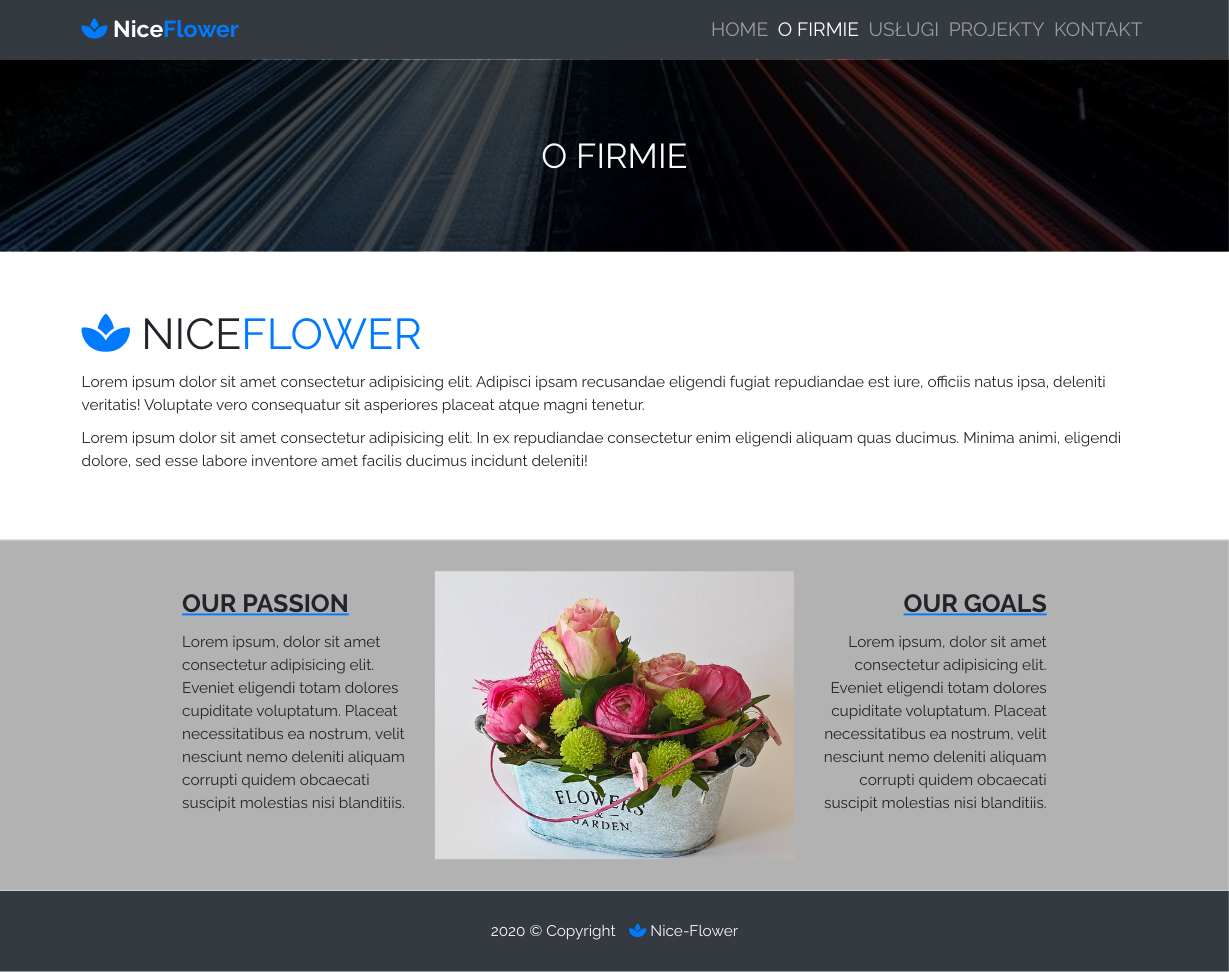
Repository: KrzysKolo/Projekt-13_Kwiaciarnia
Page: abouteus.html
An editor plug-in stored every save of this project. The page is shown before and after the next save, followed by the edit.
The browser window is 1280 px wide. The pictures show the whole page, at 96% of full size.
Some web libraries are served in a nearby version.

Above is the page before, as saved 2020-08-10 09:59:27.

### abouteus.html
<!DOCTYPE html>
<html lang="pl">
  <head>
    <meta charset="UTF-8" />
    <meta name="viewport" content="width=device-width, initial-scale=1.0" />
    <title>Nice-Flower</title>
    <script
      src="https://kit.fontawesome.com/21efeaf281.js"
      crossorigin="anonymous"
    ></script>

    <link
      rel="stylesheet"
      href="https://stackpath.bootstrapcdn.com/bootstrap/4.5.0/css/bootstrap.min.css"
      integrity="sha384-9aIt2nRpC12Uk9gS9baDl411NQApFmC26EwAOH8WgZl5MYYxFfc+NcPb1dKGj7Sk"
      crossorigin="anonymous"
    />
    <link
      href="https://fonts.googleapis.com/css2?family=Raleway:wght@400;700&display=swap"
      rel="stylesheet"
    />
    <link rel="stylesheet" href="style.css" />
  </head>
  <body>
    <nav class="navbar navbar-expand-lg navbar-dark bg-dark py-3">
      <div class="container">
        <a class="navbar-brand" href="#"
          ><i class="fas fa-spa text-primary"></i> Nice<span
            class="text-primary"
            >Flower</span
          ></a
        >
        <button
          class="navbar-toggler border-0"
          type="button"
          data-toggle="collapse"
          data-target="#navbarNavAltMarkup"
          aria-controls="navbarNavAltMarkup"
          aria-expanded="false"
          aria-label="Toggle navigation"
        >
          <i class="fas fa-bars px-4"></i>
        </button>
        <div class="collapse navbar-collapse" id="navbarNavAltMarkup">
          <div class="navbar-nav ml-auto">
            <a class="nav-link" href="index.html">Home </a>
            <a class="nav-link active" href="#"
              >O firmie<span class="sr-only">(current)</span></a
            >
            <a class="nav-link" href="services.html">Usługi</a>
            <a class="nav-link" href="projects.html">Projekty</a>
            <a class="nav-link" href="contact.html">Kontakt</a>
          </div>
        </div>
      </div>
    </nav>

    <!-- MAIN -->
    <main>
      <section class="top-hero aboutus-hero">
        <div class="hero-shadow"></div>
        <p class="top-hero-text text-light">O firmie</p>
      </section>
      <section class="aboutus-top p-5">
        <div class="row">
          <div class="container py-5">
            <p class="display-3">
              <i class="fas fa-spa text-primary"></i> Nice<span
                class="text-primary"
                >Flower</span
              >
            </p>
            <p>
              Lorem ipsum dolor sit amet consectetur adipisicing elit. Adipisci
              ipsam recusandae eligendi fugiat repudiandae est iure, officiis
              natus ipsa, deleniti veritatis! Voluptate vero consequatur sit
              asperiores placeat atque magni tenetur.
            </p>
            <p>
              Lorem ipsum dolor sit amet consectetur adipisicing elit. In ex
              repudiandae consectetur enim eligendi aliquam quas ducimus. Minima
              animi, eligendi dolore, sed esse labore inventore amet facilis
              ducimus incidunt deleniti!
            </p>
          </div>
        </div>
      </section>
      <section class="border-top border-bottom aboutus-info aboutus-shadow">
        <div class="container">
          <div class="row m-0 justify-content-center">
            <div class="col-lg-3 aboutus-text abouts-text-left">
              <h3>our passion</h3>
              <p>
                Lorem ipsum, dolor sit amet consectetur adipisicing elit.
                Eveniet eligendi totam dolores cupiditate voluptatum. Placeat
                necessitatibus ea nostrum, velit nesciunt nemo deleniti aliquam
                corrupti quidem obcaecati suscipit molestias nisi blanditiis.
              </p>
            </div>
            <div class="d-lg-none col aboutus-img"></div>
            <div class="d-none d-lg-block col-lg-4 aboutus-img"></div>
            <div class="col-lg-3 aboutus-text abouts-text-right">
              <h3>our goals</h3>
              <p>
                Lorem ipsum, dolor sit amet consectetur adipisicing elit.
                Eveniet eligendi totam dolores cupiditate voluptatum. Placeat
                necessitatibus ea nostrum, velit nesciunt nemo deleniti aliquam
                corrupti quidem obcaecati suscipit molestias nisi blanditiis.
              </p>
            </div>
          </div>
        </div>
      </section>
    </main>
    <footer class="bg-dark text-light">
      <p class="py-5 px-3 mb-0 text-center">
        2020 &copy; Copyright
        <i class="ml-3 fas fa-spa text-primary"></i> Nice-Flower
      </p>
    </footer>
    <script
      src="https://code.jquery.com/jquery-3.5.1.slim.min.js"
      integrity="sha384-DfXdz2htPH0lsSSs5nCTpuj/zy4C+OGpamoFVy38MVBnE+IbbVYUew+OrCXaRkfj"
      crossorigin="anonymous"
    ></script>
    <script
      src="https://cdn.jsdelivr.net/npm/popper.js@1.16.0/dist/umd/popper.min.js"
      integrity="sha384-Q6E9RHvbIyZFJoft+2mJbHaEWldlvI9IOYy5n3zV9zzTtmI3UksdQRVvoxMfooAo"
      crossorigin="anonymous"
    ></script>
    <script
      src="https://stackpath.bootstrapcdn.com/bootstrap/4.5.0/js/bootstrap.min.js"
      integrity="sha384-OgVRvuATP1z7JjHLkuOU7Xw704+h835Lr+6QL9UvYjZE3Ipu6Tp75j7Bh/kR0JKI"
      crossorigin="anonymous"
    ></script>
  </body>
</html>

### style.css
* {
  box-sizing: border-box;
  margin: 0;
  padding: 0;
}
html {
  font-size: 62.5%;
}
body {
  font-family: "Raleway", sans-serif;
  font-size: 1.6rem;
}
.hero-shadow {
  position: absolute;
  top: 0;
  width: 100%;
  height: 100%;
  background-color: rgba(0, 0, 0, 0.7);
  z-index: -1;
}
.additional-text {
  font-size: 1.8rem;
}
.top-hero {
  position: relative;
  height: 20rem;
  background-size: cover;
  z-index: 0;
}
.top-hero-text {
  display: flex;
  justify-content: center;
  align-items: center;
  height: 100%;
  font-size: 3.6rem;
  text-transform: uppercase;
}
/* ----------- */
/*  nawigacja  */
/* ----------- */
nav {
  font-size: 2rem;
  text-transform: uppercase;
}
.navbar-toggler {
  font-size: 3rem;
}
.navbar-brand {
  font-size: 2.4rem;
  font-weight: bold;
  text-transform: none;
}
/* ----------- */
/*    header   */
/* ----------- */
header {
  font-size: 2rem;
}
.carousel-item {
  position: relative;
  height: 400px;
  background-position: center;
  background-size: cover;
  z-index: 0;
}
.carousel-img-one {
  background-image: url("./img/b1m.jpg");
}
.carousel-img-two {
  background-image: url("./img/b2m.jpg");
}
.carousel-img-three {
  background-image: url("./img/b4m.jpg");
}
/* ----------- */
/*     main    */
/* ----------- */
.home-boxes {
  padding: 5rem 0;
}
.home-box i {
  font-size: 4rem;
}
.home-box h3 {
  font-size: 2.6rem;
}
/* ----------- */
.home-passion {
  position: relative;
  height: 350px;
  background-image: url("./img/b8m.jpg");
  background-position: center;
  background-size: cover;
  z-index: 0;
}
/* ----------- */
.home-brand h3 {
  font-size: 3rem;
  font-weight: bold;
}
/* ----------- */
/*   aboutus   */
/* ----------- */
.aboutus-hero {
  background-image: url("./img/obrazek1.jpg");
  background-position: bottom;
}
/* ----------- */
.aboutus-top .display-3 {
  text-transform: uppercase;
}
/* ----------- */
.aboutus-info {
  background-color: rgba(0, 0, 0, 0.3);
}
.aboutus-info .container {
  padding: 2em 0.5em;
}
.aboutus-text {
  padding: 1.8rem;
}
.aboutus-text h3 {
  margin-bottom: 0.5em;
  font-size: 2.6rem;
  text-transform: uppercase;
  font-weight: bold;
  text-decoration: underline #007bff;
}
.abouts-text-right {
  text-align: right;
}
.aboutus-img {
  height: 300px;
  background-image: url("./img/b5m.jpg");
  background-position: center;
  background-size: cover;
}
/* ----------- */
/*    footer   */
/* ----------- */
footer {
  font-size: 1.6rem;
}
@media (min-width: 1400px) {
  .carousel-item {
    height: 600px;
  }
  .carousel-img-one {
    background-image: url("./img/b1.jpg");
  }
  .carousel-img-two {
    background-image: url("./img/b2.jpg");
  }
  .carousel-img-three {
    background-image: url("./img/b4.jpg");
  }
}

After the next save:
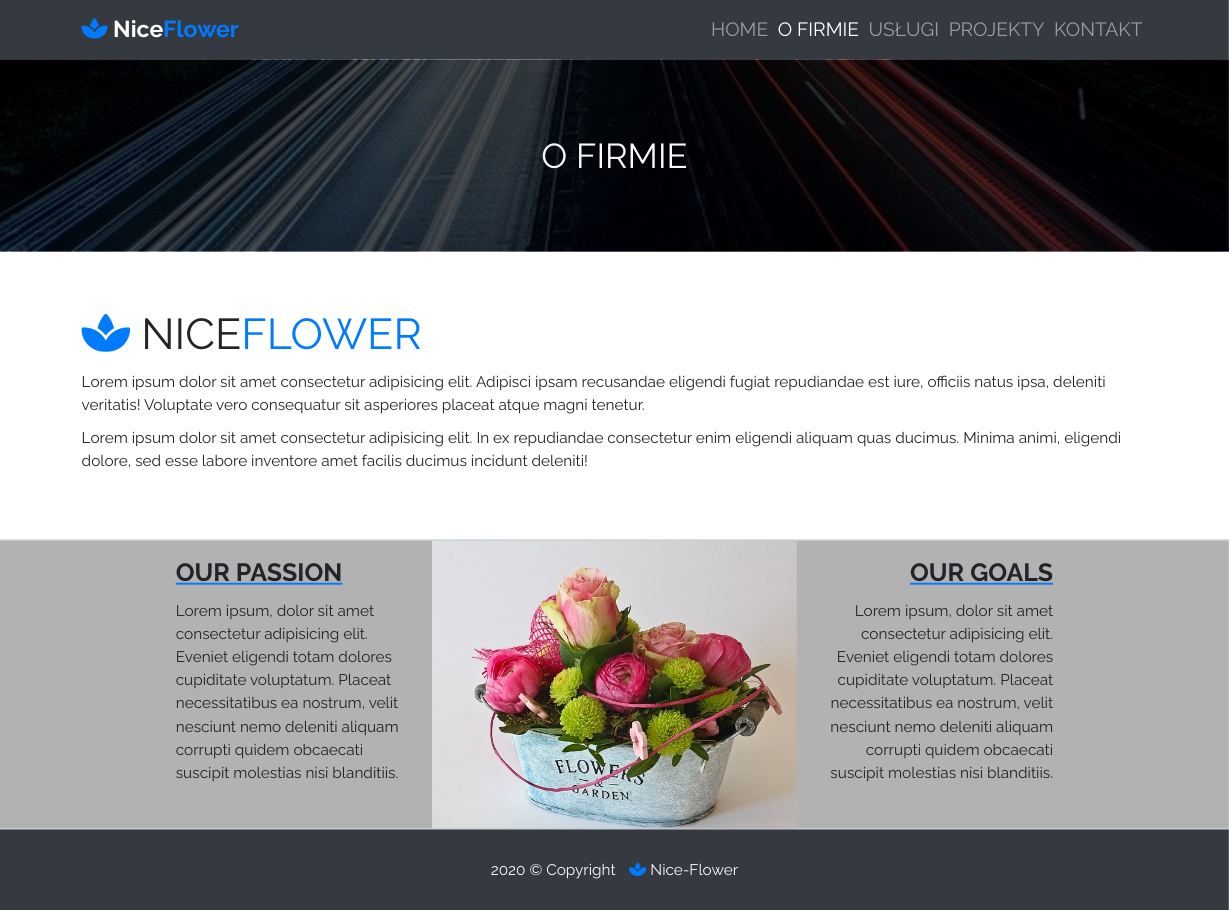
Saved 2 min 39 s later.
--- a/style.css
+++ b/style.css
@@ -141,6 +141,11 @@ header {
 footer {
   font-size: 1.6rem;
 }
+@media (min-width: 992px) {
+  .aboutus-info .container {
+    padding: 0;
+  }
+}
 @media (min-width: 1400px) {
   .carousel-item {
     height: 600px;
